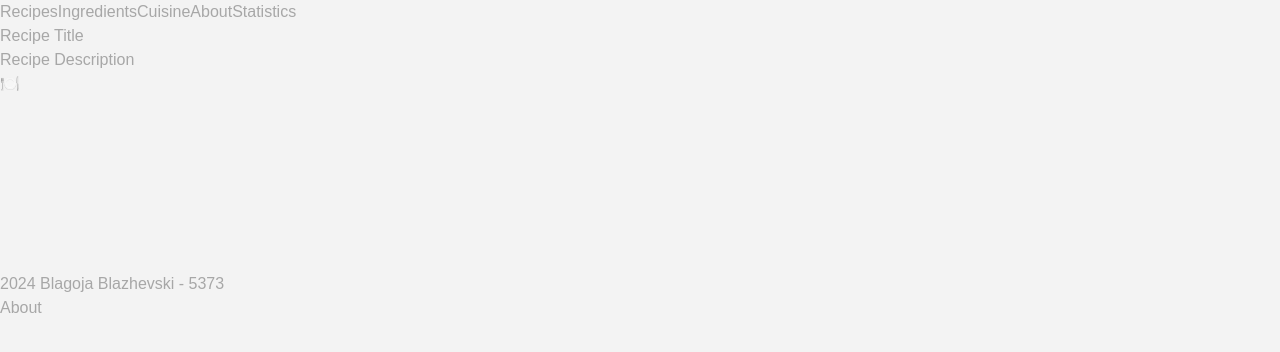
Repository: sweko/uacs-internet-programming-exams
Page: /Recipes (app in part-time/code/5373-blagoja-blazevski/final-exam-internet-programming/)
The author's editor kept a copy of each file at every save. The page is drawn from the files as they stood at one save, then again after the next save.
The browser window is 1280 px wide. The pictures show the whole page.
The page's requests for data from a server got no answer. The project was rebuilt for these pictures with package versions that can differ from the ones it lists, and the page was loaded fresh each time. The framework's server and built-in components were replaced by stand-ins that run in the browser. No one was signed in, and anything a server would have sent is missing. Also part of the build but not shown: part-time/code/5373-blagoja-blazevski/final-exam-internet-programming/next.config.mjs.

Above is the page before, as saved 2024-10-01 21:00:22.

After the next save:
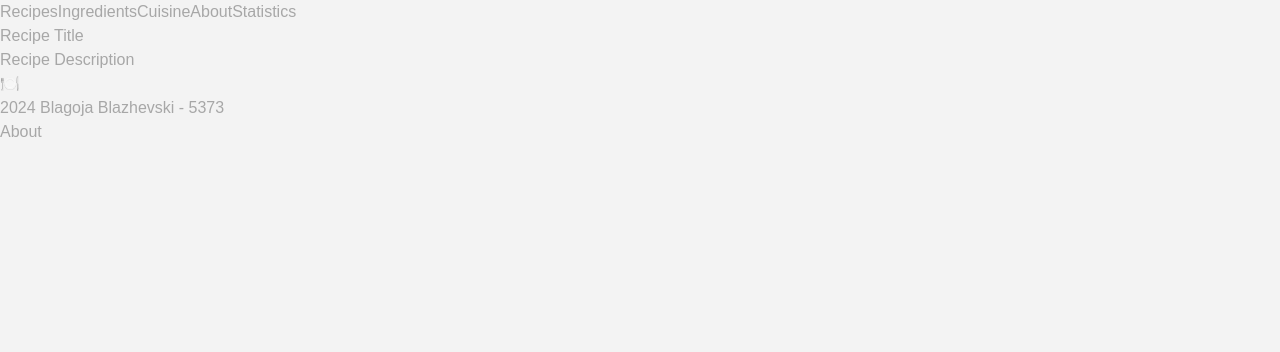
Saved 7 s later.
--- a/part-time/code/5373-blagoja-blazevski/final-exam-internet-programming/app/Recipes/page.tsx
+++ b/part-time/code/5373-blagoja-blazevski/final-exam-internet-programming/app/Recipes/page.tsx
@@ -39,14 +39,7 @@
                 <CardDescription>Recipe Description</CardDescription>
               </CardHeader>
               <CardContent>
-                <p
-                  style={{
-                    width: "300px",
-                    height: "200px",
-                  }}
-                >
-                  🍽️
-                </p>
+                <p>🍽️</p>
               </CardContent>
             </Card>
           </div>

After the save that followed:
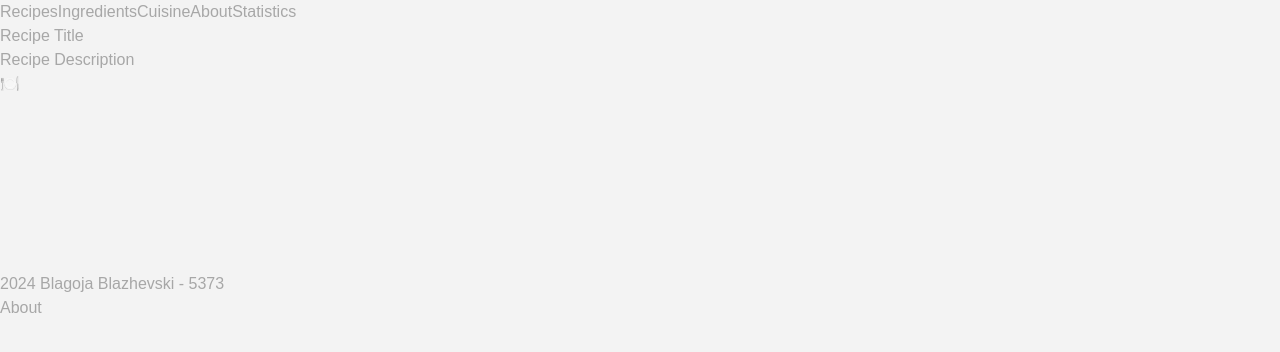
Saved 6 s later.
--- a/part-time/code/5373-blagoja-blazevski/final-exam-internet-programming/app/Recipes/page.tsx
+++ b/part-time/code/5373-blagoja-blazevski/final-exam-internet-programming/app/Recipes/page.tsx
@@ -39,7 +39,14 @@
                 <CardDescription>Recipe Description</CardDescription>
               </CardHeader>
               <CardContent>
-                <p>🍽️</p>
+                <p
+                  style={{
+                    width: "300px",
+                    height: "200px",
+                  }}
+                >
+                  🍽️
+                </p>
               </CardContent>
             </Card>
           </div>
